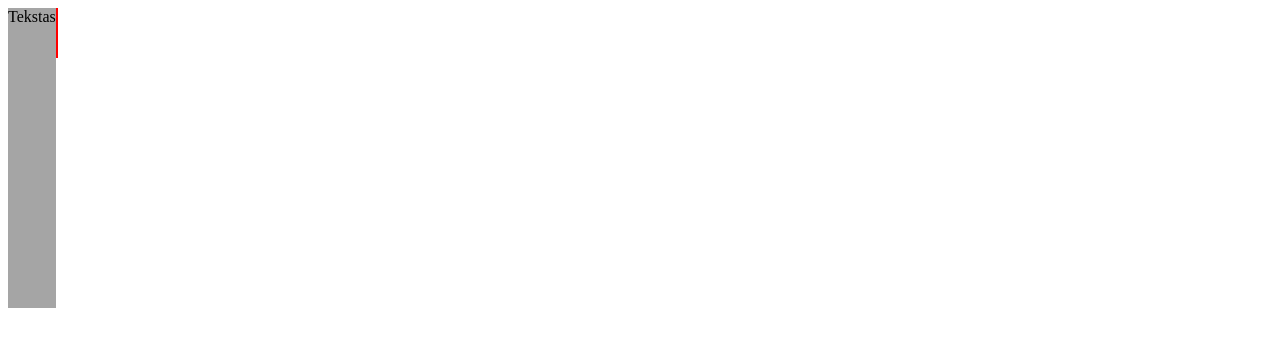
Repository: motiejus1/13-paskaita-05.31
Page: index.html
The author's editor kept a copy of each file at every save. The page is drawn from the files as they stood at one save, then again after a run of saves.
The browser window is 1280 px wide. The pictures show the whole page.

Above is the page before, as saved 2021-06-21 19:32:35.

### index.html
<!DOCTYPE html>
<html lang="en">
<head>
    <meta charset="UTF-8">
    <meta http-equiv="X-UA-Compatible" content="IE=edge">
    <meta name="viewport" content="width=device-width, initial-scale=1.0">
    <title>13 paskaita</title>
    <style>
        .container {
            height: 300px;
            background-color: rgb(165, 165, 165) ;
            position: absolute;
            z-index: 2 ; /**/
        }

        .kvadratelis {
            width: 50px;
            height: 50px;
            background-color: red;
            position:absolute;
            z-index: 1;

        }

        .container1 {
            height: 400px;
            background-color: rgb(126, 100, 100) ;
        }
    </style>


</head>

<body>
<!-- position relative ir position absolute -->

<div class="container">
Tekstas
</div>

<div class="kvadratelis">
    Testas
</div>

</body>
</html>

After the next 3 saves:
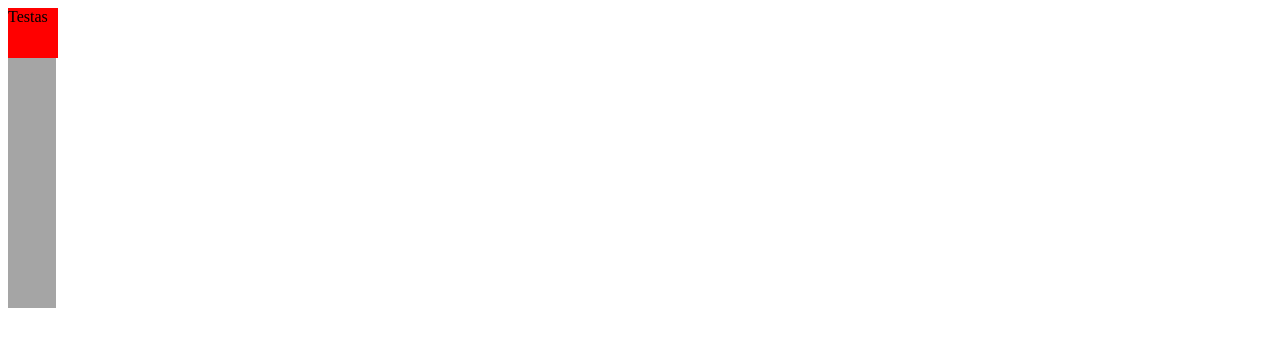
The 3 saves are shown as one change because they came seconds apart.
The last was saved 84 s later.
--- a/index.html
+++ b/index.html
@@ -10,7 +10,7 @@
             height: 300px;
             background-color: rgb(165, 165, 165) ;
             position: absolute;
-            z-index: 2 ; /**/
+            /* z-index: 2 ;  */
         }
 
         .kvadratelis {
@@ -18,7 +18,7 @@
             height: 50px;
             background-color: red;
             position:absolute;
-            z-index: 1;
+            /* z-index: 1; */
 
         }
 
